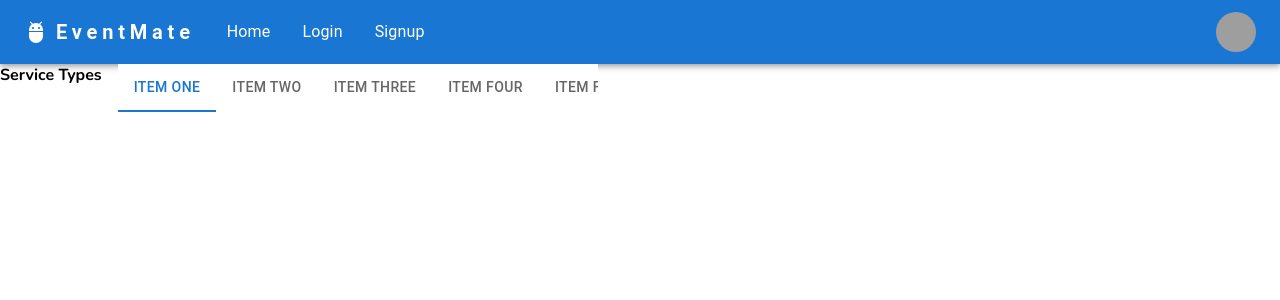
Repository: Farida-Yeasmin-Mim/EventMate_Frontend
Page: /filterpage
The author's editor kept a copy of each file at every save. The page is drawn from the files as they stood at one save, then again after the next save.
The browser window is 1280 px wide. The pictures show the whole page.
Pictures or frames that could not be fetched are drawn as grey boxes. The page's requests for data from a server got no answer. The project was rebuilt for these pictures with package versions that can differ from the ones it lists, and the page was loaded fresh each time. No one was signed in, and anything a server would have sent is missing. Also part of the build but not shown: src/components/PostRequest.js, src/pages/auth/Login.js, src/components/seletionTextField/selectGender.js, src/pages/auth/Signup.js, src/components/vendor/RegVendor.js, src/components/offer.js, src/components/productcategories.js, src/components/icontabs.js and 15 more.

Above is the page before, as saved 2022-08-16 17:43:31.

### public/index.html
<!DOCTYPE html>
<html lang="en">
  <head>
    <meta charset="utf-8" />
    <link rel="icon" href="%PUBLIC_URL%/favicon.ico" />
    <meta name="viewport" content="width=device-width, initial-scale=1" />
    <meta name="theme-color" content="#000000" />
    <meta
      name="description"
      content="Web site created using create-react-app"
    />
    <link rel="apple-touch-icon" href="%PUBLIC_URL%/logo192.png" />

    <link href="https://fonts.googleapis.com/css2?family=Nunito:ital,wght@0,200;0,300;0,400;0,500;0,600;0,700;0,800;0,900;1,200;1,300;1,400;1,500;1,600;1,700;1,900&family=Raleway:ital,wght@0,100;0,200;0,300;0,400;0,500;0,600;0,700;0,800;0,900;1,100;1,200;1,300;1,400;1,500;1,600;1,700;1,800;1,900&display=swap"
    rel="stylesheet">

    <style>
      * {
        font-family: 'Nunito', sans-serif;
        margin: 0;
      }
    </style>

    <link rel="manifest" href="%PUBLIC_URL%/manifest.json" />

    <title>EventMate</title>
  </head>
  <body>
    <noscript>You need to enable JavaScript to run this app.</noscript>
    <div id="root"></div>

  </body>
</html>

### src/index.js
import React from 'react';
import ReactDOM from 'react-dom/client';
import './index.css';
import App from './App';
import reportWebVitals from './reportWebVitals';
import axios from 'axios';
import Context from './components/context/Context';

axios.defaults.baseURL = 'http://127.0.0.1:8000/api/'
// axios.defaults.baseURL = 'https://guarded-beach-16980.herokuapp.com/api/'
axios.defaults.headers.common['Authorization'] = 'Bearer ' + localStorage.getItem('token')

const root = ReactDOM.createRoot(document.getElementById('root'));
root.render(
  <React.StrictMode>
    <Context>
      <App />
    </Context>
  {/* <App/> */}
  </React.StrictMode>

);

// If you want to start measuring performance in your app, pass a function
// to log results (for example: reportWebVitals(console.log))
// or send to an analytics endpoint. Learn more: https://bit.ly/CRA-vitals
reportWebVitals();

### src/App.js
//import logo from './logo.svg';
import './App.css';
import Login from './pages/auth/Login';
import Signup from './pages/auth/Signup';
import Registration from './components/vendor/RegVendor';
import Offer from './components/Offer';
import ProductCategories from './components/productcategories';
import IconTabs from './components/icontabs';
//import DecorationCard from './components/cards/decoration';
import Services from './components/services';
import AddDecorationsForm from './pages/services/addDecorationsForm';
//import Home from './pages/Home';
import Navbar from './components/Navbar';
import Feed from './components/feed/Feed';
import Dashboard from './components/vendor/Dashboard';
import CreateEvent from './components/event/CreateEvent';
import OrderDetails from './components/event/OrderDetails';
import AppRouter from './components/AppRouter';
import FilterPage from './components/event/filter/FilterPage';
import Notification from './components/Notification';
import SearchBar from './components/event/filter/SearchBar';




function App() {
  return (
    <div className="App">
      {/*



      <Services></Services>
      <Offer></Offer>

      <Login></Login>
      <Signup></Signup>
      <Registration></Registration>
      <AddDecorationsForm></AddDecorationsForm> */}



    {/* <DecorationCard></DecorationCard>  */}
    {/* <ProductCategories></ProductCategories> */}
    {/* <Navbar/>   */}
    {/* <Home/> */}
    {/* <Feed/> */}
    {/* <Dashboard/> */}
    {/* <CreateEvent/> */}
    {/* <OrderDetails/> */}
    {/* <Home/> */}
    {/* <SearchBar/> */}

      {/* <AppRouter /> */}
      {/* */}
      {/* <IconTabs/> */}

      <Notification/>
      <AppRouter/>
      {/* <Home/>  */}
     {/* <FilterPage/> */}

    </div>
  );
}

export default App;

### src/components/context/Context.js
import React, { createContext, useContext, useReducer  } from 'react';
import { faker } from '@faker-js/faker';
import { cartReducer } from './Reducers';
import { dataList } from '../event/filter/constants';

const Cart = createContext();

function Context({children}) {
    // const products = [...Array(20)].map(() => ({
    //     id: faker.datatype.uuid(),
    //     name: faker.commerce.productName(),
    //     price: faker.commerce.price(),
    //     image: faker.image.fashion(),
    //     inStock: faker.helpers.arrayElement([0, 3, 5, 6, 7]),
    //     fastDelivery: faker.datatype.boolean(),
    //     ratings: faker.helpers.arrayElement([1, 2, 3, 4, 5]),
    //   }));
    const products = [...dataList];

      // console.log(products);
      const [state, dispatch] = useReducer(cartReducer, {
        products: products,
        cart: [],
      });


      return (
        <Cart.Provider value={{ state, dispatch }}>
          {children}
        </Cart.Provider>
      );
};

export const CartState = () => {
  return useContext(Cart);
};

export default Context;

### src/App.css
@import url('https://fonts.googleapis.com/css2?family=Raleway:ital,wght@0,100;0,200;0,300;0,400;0,500;0,600;0,700;0,800;0,900;1,100;1,200;1,300;1,400;1,500;1,600;1,700;1,800;1,900&display=swap');


*,
*::after,
*::before{
  margin: 0;
}

body{
  font-family: 'Raleway', sans-serif;
}

input{
  font-family: 'Raleway', sans-serif;
}

/* Chrome Safari and Opera */
/* scrollbar handle */
::-webkit-scrollbar{
  display: none;
}

body{
  -ms-overflow-style: none;   /*work on internet explorer and Edge*/
  scrollbar-width: none;      /*work on Firefox*/
}


.App-logo {
  height: 40vmin;
  pointer-events: none;
}

@media (prefers-reduced-motion: no-preference) {
  .App-logo {
    animation: App-logo-spin infinite 20s linear;
  }
}

.App-header {
  background-color: #282c34;
  min-height: 100vh;
  display: flex;
  flex-direction: column;
  align-items: center;
  justify-content: center;
  font-size: calc(10px + 2vmin);
  color: white;
}

.App-link {
  color: #61dafb;
}

@keyframes App-logo-spin {
  from {
    transform: rotate(0deg);
  }
  to {
    transform: rotate(360deg);
  }
}

### src/components/Navbar.js
import * as React from 'react';
import AppBar from '@mui/material/AppBar';
import Box from '@mui/material/Box';
import Toolbar from '@mui/material/Toolbar';
import IconButton from '@mui/material/IconButton';
import Typography from '@mui/material/Typography';
import Menu from '@mui/material/Menu';
import MenuIcon from '@mui/icons-material/Menu';
import Container from '@mui/material/Container';
import Avatar from '@mui/material/Avatar';
import Button from '@mui/material/Button';
import Tooltip from '@mui/material/Tooltip';
import MenuItem from '@mui/material/MenuItem';
import AdbIcon from '@mui/icons-material/Adb';
import { Link } from "react-router-dom";


// const pages = ['Home', 'About', 'Services', 'Contact Us', 'LogIn', 'SignUp'];
const settings = ['Profile', 'Account', 'Dashboard', 'Logout'];

const Navbar = () => {
  const [anchorElNav, setAnchorElNav] = React.useState(null);
  const [anchorElUser, setAnchorElUser] = React.useState(null);

  const handleOpenNavMenu = (event) => {
    setAnchorElNav(event.currentTarget);
  };
  const handleOpenUserMenu = (event) => {
    setAnchorElUser(event.currentTarget);
  };

  const handleCloseNavMenu = () => {
    setAnchorElNav(null);
  };

  const handleCloseUserMenu = () => {
    setAnchorElUser(null);
  };

  return (
    <AppBar position="static">
      <Container maxWidth="xl">
        <Toolbar disableGutters>
          <AdbIcon sx={{ display: { xs: 'none', md: 'flex' }, mr: 1 }} />


          {/* For Left side EventMate design */}
          <Typography
            variant="h6"
            noWrap
            component="a"
            href="/"
            sx={{
              mr: 2,
              display: { xs: 'none', md: 'flex' },
              fontWeight: 700,
              letterSpacing: '.3rem',
              color: 'inherit',
              textDecoration: 'none',
            }}
          >
            EventMate
          </Typography>

          <Box sx={{ flexGrow: 1, display: { xs: 'flex', md: 'none' } }}>
            <IconButton
              size="large"
              aria-label="account of current user"
              aria-controls="menu-appbar"
              aria-haspopup="true"
              onClick={handleOpenNavMenu}
              color='inherit'
            >
              <MenuIcon />
            </IconButton>


            <Menu
              id="menu-appbar"
              anchorEl={anchorElNav}
              anchorOrigin={{
                vertical: 'bottom',
                horizontal: 'left',
              }}
              keepMounted
              transformOrigin={{
                vertical: 'top',
                horizontal: 'left',
              }}
              open={Boolean(anchorElNav)}
              onClose={handleCloseNavMenu}
              sx={{
                display: { xs: 'block', md: 'none' },
              }}
            >

              {/* pages function for left bar */}
              {/* {pages.map((page) => (
                <MenuItem key={page} onClick={handleCloseNavMenu}>
                  <Typography textAlign="center">{page}</Typography>

                </MenuItem>
              ))} */}
              {/* <MenuItem><Link to="/">Home</Link></MenuItem>
              <MenuItem><Link to="/login">Login</Link></MenuItem>
              <MenuItem><Link to="/signup">Signup</Link></MenuItem> */}

            </Menu>
          </Box>


          {/* <AdbIcon sx={{ display: { xs: 'flex', md: 'none' }, mr: 1 }} />
          <Typography
            variant="h5"
            noWrap
            component="a"
            href=""
            sx={{
              mr: 2,
              display: { xs: 'flex', md: 'none' },
              flexGrow: 1,
              fontFamily: 'monospace',
              fontWeight: 700,
              letterSpacing: '.3rem',
              color: 'white',
              textDecoration: 'none',
            }}
          >
            EventMate
          </Typography> */}




           {/* left side pages button design */}
          {/* <Box sx={{ flexGrow: 1, display: { xs: 'none', md: 'flex' } }}>
            {pages.map((page) => (
              <Button
                key={page}
                onClick={handleCloseNavMenu}
                sx={{ my: 2, color: 'white', display: 'block' }}
              >
                {page}
              </Button>
            ))}
          </Box> */}
          {/* <Box sx={{ flexGrow: 1, display: { xs: 'none', md: 'flex' } }}>
              <Button
                key={page}
                onClick={handleCloseNavMenu}
                sx={{ my: 2, color: 'white', display: 'block' }}
              >


              </Button>
          </Box> */}

          <Box sx={{ flexGrow: 1, display: { xs: 'none', md: 'flex' } }}>
              <Link to="/" style={{ textDecoration: 'none', color: 'white', display: 'block', my: 2 }} ><MenuItem> Home</MenuItem></Link>
              <Link to="/login" style={{ textDecoration: 'none', color: 'white', display: 'block', my: 2 }}><MenuItem>Login</MenuItem></Link>
              <Link to="/signup" style={{ textDecoration: 'none', color: 'white', display: 'block', my: 2 }}><MenuItem>Signup</MenuItem></Link>
          </Box>



           {/* right side iconbar design*/}
          <Box sx={{ flexGrow: 0 }}>
            <Tooltip title="Open settings">
              <IconButton onClick={handleOpenUserMenu} sx={{ p: 0 }}>
                <Avatar alt="Remy Sharp" src="https://avatars.githubusercontent.com/u/76836136?s=400&u=6b029a033204aea30687591bedb424dcbfbea46a&v=4" />
              </IconButton>
            </Tooltip>


            <Menu
              sx={{ mt: '45px' }}
              id="menu-appbar"
              anchorEl={anchorElUser}
              anchorOrigin={{
                vertical: 'top',
                horizontal: 'right',
              }}
              keepMounted
              transformOrigin={{
                vertical: 'top',
                horizontal: 'right',
              }}
              open={Boolean(anchorElUser)}
              onClose={handleCloseUserMenu}
            >

              {/* settings function for right iconbar */}
              {/* {settings.map((setting) => (
                <MenuItem key={setting} onClick={handleCloseUserMenu}>
                  <Typography textAlign="center">{setting}</Typography>
                </MenuItem>
              ))} */}
              <Link to="/logout" style={{ textDecoration: 'none', color: 'gray', display: 'block', my: 2 }}><MenuItem><Typography textAlign="center">Logout</Typography></MenuItem></Link>

            </Menu>
          </Box>


        </Toolbar>
      </Container>
    </AppBar>
  );
};
export default Navbar;

### src/components/AppRouter.js
import React from 'react';
import { BrowserRouter as Router, Routes, Route } from "react-router-dom";
import Login from '../pages/auth/Login';
import Logout from '../pages/auth/Logout';
import Signup from '../pages/auth/Signup';
import Home from '../pages/Home';
import CreateEvent from './event/CreateEvent';
import OrderDetails from './event/OrderDetails';
import SelectServices from './event/SelectServices';
import Feed from './feed/Feed';
import Navbar from './Navbar';
import Dashboard from './vendor/Dashboard';
import Vendor_reg from './vendor/RegVendor';
import Offer from './Offer';
import ProductCategories from './productcategories';
import AddDecorationsForm from '../pages/services/addDecorationsForm';
import FilterPage from './event/filter/FilterPage';



function AppRouter(props) {
    return (
        <Router>

            <Navbar />
            <Routes>
                <Route path="/" exact element={<Home/>} />
                <Route path="/login" element={<Login/>} />
                <Route path="/logout" element={<Logout/>} />
                <Route path="/signup" element={<Signup/>} />
                <Route path="/feed" element={<Feed/>} />
                <Route path="/vendor_reg" element={<Vendor_reg/>} />
                <Route path="/vendor_dashboard" element={<Dashboard/>} />
                <Route path="/event_create" element={<CreateEvent/>} />
                <Route path="/productcategories" element={<ProductCategories/>} />
                <Route path="/select_services" element={<SelectServices/>} />
                <Route path="/Order_details" element={<OrderDetails/>} />
                <Route path="/Offer" element={<Offer/>} />
                <Route path="/addDecorationsForm" element={<AddDecorationsForm/>} />
                <Route path="/filterpage" element={<FilterPage/>} />

                {/* path="file name" element="file function" */}


            </Routes>

      </Router>
    );
}

export default AppRouter;

### src/components/event/filter/FilterPage.js
// import * as React from 'react';
// import Box from '@mui/material/Box';
// import Tab from '@mui/material/Tab';
// import TabContext from '@mui/lab/TabContext';
// import TabList from '@mui/lab/TabList';
// import TabPanel from '@mui/lab/TabPanel';

// export default function LabTabs() {
//     const [value, setValue] = React.useState('1');

//     const handleChange = (event, newValue) => {
//         setValue(newValue);
//     };

//     return (
//         <Box sx={{ width: '100%', typography: 'body1' }}>
//             <TabContext value={value}>
//                 <Box sx={{ borderBottom: 1, borderColor: 'divider' }}>
//                     <TabList onChange={handleChange} aria-label="lab API tabs example">
//                         <Tab label="Item One" value="1" />
//                         <Tab label="Item Two" value="2" />
//                         <Tab label="Item Three" value="3" />
//                     </TabList>
//                 </Box>
//                 <TabPanel value="1">Item One</TabPanel>
//                 <TabPanel value="2">Item Two</TabPanel>
//                 <TabPanel value="3">Item Three</TabPanel>
//             </TabContext>
//         </Box>
//     );
// }
import * as React from 'react';
import Tabs from '@mui/material/Tabs';
import Tab from '@mui/material/Tab';
import Box from '@mui/material/Box';
import { Grid } from '@mui/material';

export default function ScrollableTabsButtonAuto() {
    const [value, setValue] = React.useState(0);

    const handleChange = (event, newValue) => {
        setValue(newValue);
    };

    return (
        <Grid container spacing={2}>
            <Grid item>
                <h4 style={{ color: "#000", textAlign: "center" }}>Service Types</h4>

            </Grid>
            <Grid item>

                <Box sx={{ maxWidth: { xs: 320, sm: 480 }, bgcolor: 'background.paper' }}>
                    <Tabs
                        value={value}
                        onChange={handleChange}
                        variant="scrollable"
                        scrollButtons="auto"
                        aria-label="scrollable auto tabs example"
                    >
                        <Tab label="Item One" />
                        <Tab label="Item Two" />
                        <Tab label="Item Three" />
                        <Tab label="Item Four" />
                        <Tab label="Item Five" />
                        <Tab label="Item Six" />
                        <Tab label="Item Seven" />
                    </Tabs>
                </Box>
            </Grid>

        </Grid>

    );
}

### src/components/Notification.js
import React from 'react';
import Pusher from "pusher-js"
import Echo from 'laravel-echo';

function Notification(props) {

    const options = {
        broadcaster: 'pusher',
        // key: config.pusher.key,
        key: "5b9c0add29710ce63a0d",
        cluster: "ap2",
        forceTLS: "false",
        //authEndpoint is your apiUrl + /broadcasting/auth
        authEndpoint: "http://127.0.0.1:8000/broadcasting/auth",
        // As I'm using JWT tokens, I need to manually set up the headers.
        auth: {
          headers: {
            Authorization: 'Bearer ' + localStorage.getItem('token'),
            Accept: 'application/json',
          },
        },
      };
    const userId = 2;
    const echo = new Echo(options);
    echo.private(`App.User.${userId}`).notification((data) => {
        console.log(data.comment.body);
        window.alert(data.comment.body);
    });
    return (
        <div>

        </div>
    );
}

export default Notification;

### src/components/context/Reducers.js
export const cartReducer = (state, action) => {

    switch (action.type) {
      case "ADD_TO_CART":
        return { ...state, cart: [...state.cart, { ...action.payload, qty: 1 }] };
      case "REMOVE_FROM_CART":
        return {
          ...state,
          cart: state.cart.filter((c) => c.id !== action.payload.id),
        };
      // case "CHANGE_CART_QTY":
      //   return {
      //     ...state,
      //     cart: state.cart.filter((c) =>
      //       c.id === action.payload.id ? (c.qty = action.payload.qty) : c.qty
      //     ),
      //   };
      default:
        return state;
    }
  };

### src/components/event/filter/constants.js
import nacho from "./images/dishes/nacho-burger.jpg";


// For Category List
export const categoryList = [
    {
      id: 1,
      value: 'decoration',
      label: '💫 Decoration',
    },

    {
      id: 2,
      value: 'catering',
      label: '🍕 Catering',
    },
  ];

  // For Rating List
  export const ratingList = [
    {
      id: 1,
      value: '1',
      label: '1🌟',
    },
    {
      id: 2,
      value: '2',
      label: '2🌟',
    },
    {
      id: 3,
      value: '3',
      label: '3🌟',
    },
    {
      id: 4,
      value: '4',
      label: '4🌟',
    },
    {
      id: 5,
      value: '5',
      label: '5🌟',
    },
  ];


  // For side List
  export const dataList = [

    /*For Decoration*/
    {
      id: 1,
      title: 'Wedding Decoration 1',
      serviceTime: '7 days',
      deliveryFee: 3.44,
      category: 'decoration',
      decoration: 'Wedding',
      rating: 5,
      price: 2500,
      coverSrc: nacho,
    },
    {
      id: 2,
      title: 'Birthday Decoration 1',
      serviceTime: '15-20min',
      deliveryFee: 4.94,
      category: 'decoration',
      decoration: 'Birthday',
      rating: 4,
      price: 1000,
      coverSrc: 'https://m.media-amazon.com/images/I/81nU6clDgEL.jpg',
    },
    {
      id: 3,
      title: 'chow',
      serviceTime: '30-22min',
      deliveryFee: 4.94,
      category: 'decoration',
      decoration: 'Proposal',
      rating: 3,
      price: 2000,
      coverSrc: 'https://img.freepik.com/free-vector/night-ocean-landscape-full-moon-stars-shine_107791-7397.jpg?w=2000',
    },
    {
      id: 4,
      title: 'wharf seafood',
      serviceTime: '10-18min',
      deliveryFee: 2.14,
      category: 'decoration',
      decoration: 'Wedding',
      rating: 1,
      price: 1800,
      coverSrc: '/images/places/sea.jpg',
    },
    {
      id: 5,
      title: 'Tossin',
      serviceTime: '25-30min',
      deliveryFee: 6.79,
      category: 'decoration',
      decoration: 'Proposal',
      rating: 5,
      price: 2000,
      coverSrc: '/images/places/italiian.jpg',
    },
    {
      id: 6,
      title: 'stories noodles',
      serviceTime: '5-15min',
      deliveryFee: 2.87,
      category: 'decoration',
      decoration: 'Birthday',
      rating: 5,
      price: 3500,
      coverSrc: '/images/places/fookyew2.jpg',
    },

    /*For Catering*/
    {
      id: 7,
      title: 'Nacho cheeseburger',
      serviceTime: '50-65min',
      deliveryFee: 8.5,
      category: 'catering',
      decoration: 'american',
      rating: 2,
      price: 2200,
      coverSrc: '../filter/images/dishes/nacho-burger.jpg',
      // /images/dishes/nacho-burger.jpg
    },
    {
      id: 8,
      title: 'Mushroom Risotto',
      serviceTime: '10-15min',
      deliveryFee: 1.8,
      category: 'catering',
      decoration: 'italian',
      rating: 1,
      price: 1900,
      coverSrc: '/images/dishes/Mushroom-Risotto-Recipe-1-1200.jpg',
    },
    {
      id: 9,
      title: 'Shitake Fried Rice',
      serviceTime: '12-18min',
      deliveryFee: 3.33,
      category: 'catering',
      decoration: 'chinese',
      rating: 4,
      price: 2750,
      coverSrc: '/images/dishes/shiitake-salmon-fried-rice-0218-103230720.jpg',
    },
    {
      id: 10,
      title: 'Pesto chicken stew',
      serviceTime: '30-38min',
      deliveryFee: 1.9,
      category: 'catering',
      decoration: 'american',
      rating: 2,
      price: 4350,
      coverSrc: '/images/dishes/pesto-chicken.jpg',
    },
    {
      id: 11,
      title: 'Bruschetta',
      serviceTime: '16-20min',
      deliveryFee: 4.1,
      category: 'catering',
      decoration: 'italian',
      rating: 3,
      price: 3300,
      coverSrc: '/images/dishes/as-tomato-bruschetta-articleLarge.jpg',
    },
    {
      id: 12,
      title: 'Dim Sums',
      serviceTime: '24-30min',
      deliveryFee: 1.5,
      category: 'catering',
      decoration: 'chinese',
      rating: 2,
      price: 4100,
      coverSrc: '/images/dishes/dimsums.jpg',
    },
  ];

Loaded but not shown: src/index.css (common file); src/reportWebVitals.js (common file)

After the next save:
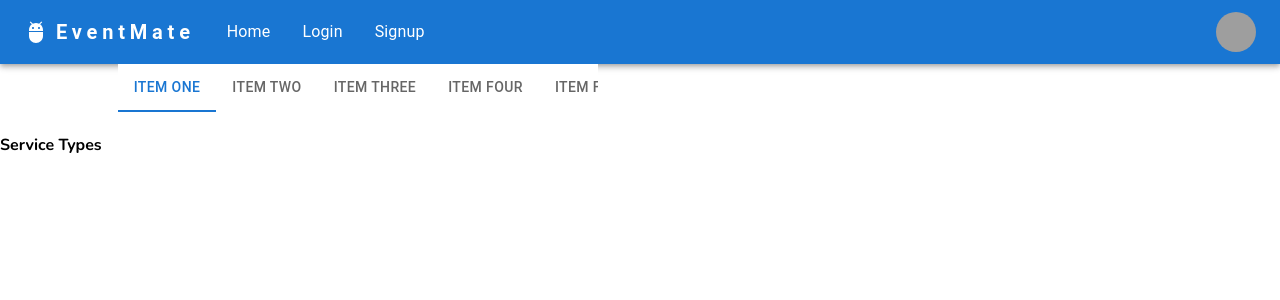
Saved 33 s later.
--- a/src/components/event/filter/FilterPage.js
+++ b/src/components/event/filter/FilterPage.js
@@ -45,7 +45,7 @@
     return (
         <Grid container spacing={2}>
             <Grid item>
-                <h4 style={{ color: "#000", textAlign: "center" }}>Service Types</h4>
+                <h4 style={{ color: "#000", textAlign: "center", padding: "70px 0" }}>Service Types</h4>
 
             </Grid>
             <Grid item>

After the save that followed:
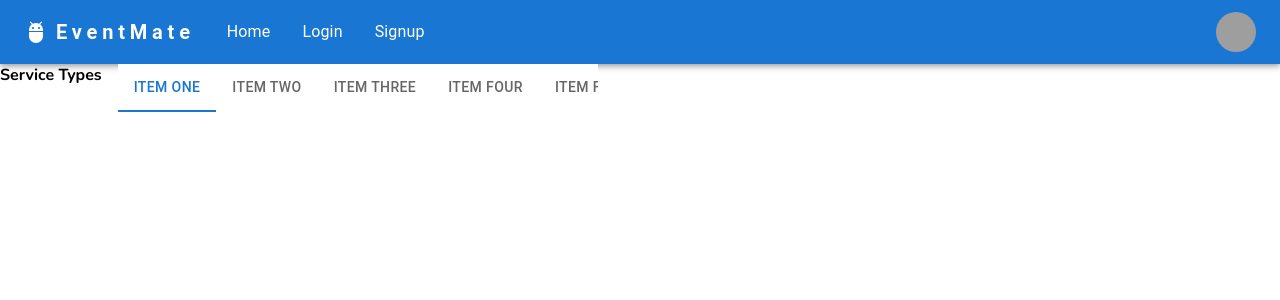
Saved 12 s later.
--- a/src/components/event/filter/FilterPage.js
+++ b/src/components/event/filter/FilterPage.js
@@ -45,7 +45,7 @@
     return (
         <Grid container spacing={2}>
             <Grid item>
-                <h4 style={{ color: "#000", textAlign: "center", padding: "70px 0" }}>Service Types</h4>
+                <h4 style={{ color: "#000", textAlign: "center", padding: "auto 0" }}>Service Types</h4>
 
             </Grid>
             <Grid item>
